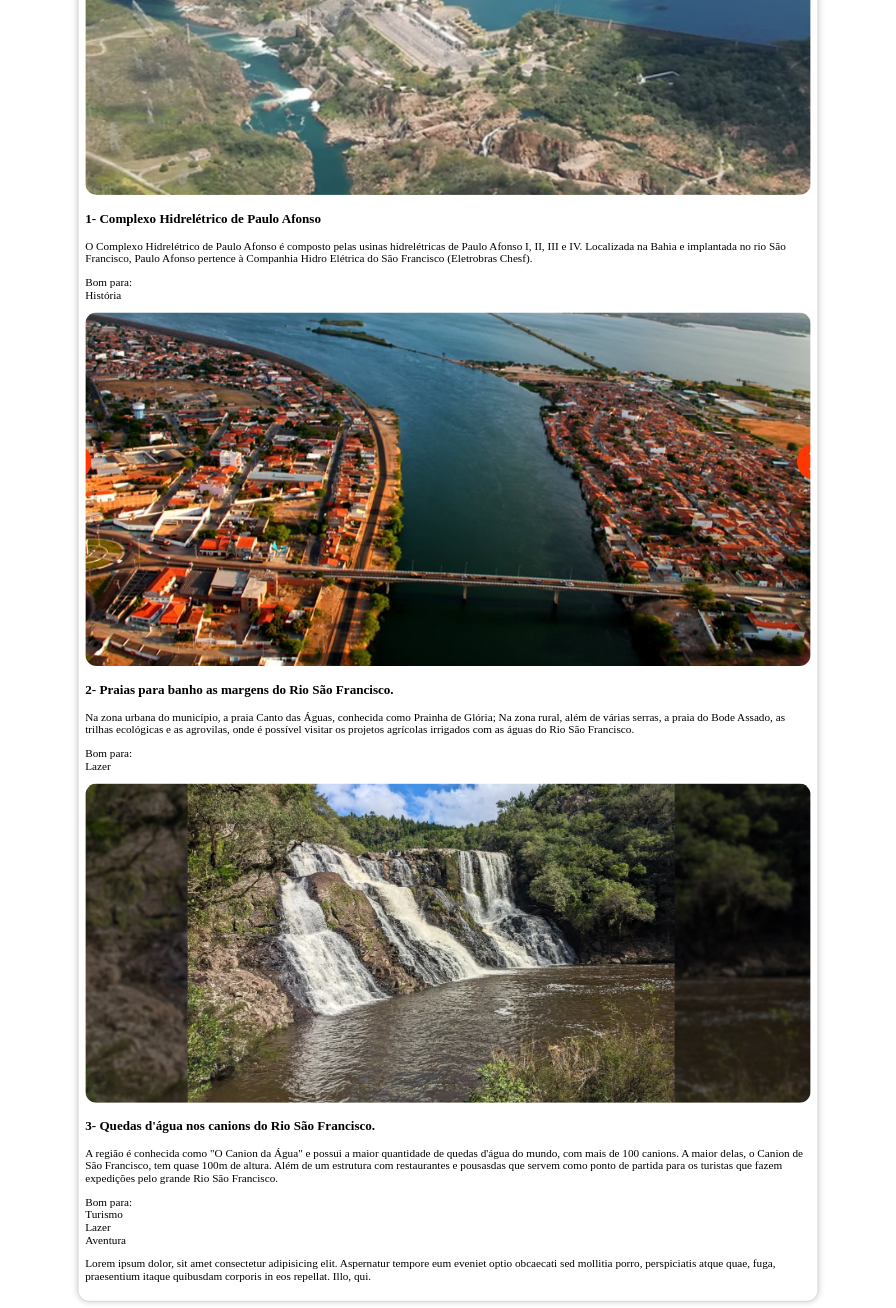
Repository: JeffRodFer/testeGitXGithub
Page: index.html
An editor plug-in stored every save of this project. The page is shown before and after the next save, followed by the edit.
The browser window is 1280 px wide. The pictures show the part of the page from y = 1178 to 3098 px (the page is 3046 px tall before and 3098 px after), at 70% of full size.

Above is the page before, as saved 2025-03-15 21:36:03.

### index.html
<!DOCTYPE html>
<html lang="pt-br">
<head>
    <meta charset="UTF-8">
    <meta name="viewport" content="width=device-width, initial-scale=1.0">
    <title>Local Turístico</title>
    <link rel="stylesheet" href="style.css">

</head>
<body>
    <main class="page">
        <div>
            <p id="pred">Sua próxima viagem</p>
            <h1>Conheça Paulo Afonso</h1>
            <section>
                <img src="assets/main.jpg" alt="visão geral da hidroelêtrica">
                <p>O Complexo Hidrelétrico de Paulo Afonso é um conjunto de usinas, localizado na cidade de Paulo Afonso, formado pelas usinas de Paulo Afonso I, II, III, IV e Apolônio Sales (Moxotó), que produz 4 279,6 megawatts de energia, gerada a partir da força das águas da Cachoeira de Paulo Afonso, um desnível natural de 80 metros do Rio São Francisco. Sendo assim, o Complexo de usinas de Paulo Afonso tem a terceira maior capacidade instalada dentre as usinas do Brasil, perdendo apenas para Belo Monte (11 233 MW) e Tucuruí (8 000 MW), já que Itaipu com 14 000 MW é binacional (Brasil/Paraguai). </p>
            </section>
            <section>
                <p id="pred">História e tecnologia a favor do desenvolvimento</p>
                <h2>Descubra três destinos incríveis em Paulo Afonso</h2>
                <p>
                         A construção do Complexo Hidrelétrico de Paulo Afonso no início da década de 1950 foi um marco para a engenharia brasileira, visto que foi necessário controlar e reverter o fluxo do Rio São Francisco, numa obra de engenharia sem tamanho para aquela época, para então iniciar-se o processo de construção da barragem da primeira usina (Paulo Afonso I), depois inaugurada pelo presidente Café Filho em 15 de janeiro de 1955
                </p>
                <img src="assets/complexohidroele.jpg" alt="hidroelêtrica">
                <h3>1- Complexo Hidrelétrico de Paulo Afonso</h3>
                <p>
                     O Complexo Hidrelétrico de Paulo Afonso é composto pelas usinas hidrelétricas de Paulo Afonso I, II, III e IV. Localizada na Bahia e implantada no rio São Francisco, Paulo Afonso pertence à Companhia Hidro Elétrica do São Francisco (Eletrobras Chesf).
                </p>
                <P>Bom para: <br>
                   História </P>
            </section>
            <section>
                <img src="assets/aerea.jpg" alt="praias para banho as margens do Rio São Francisco">
                <h3>2- Praias para banho as margens do Rio São Francisco.</h3>
                <p>
                    Na zona urbana do município, a praia Canto das Águas, conhecida como Prainha de Glória; Na zona rural, além de várias serras, a praia do Bode Assado, as trilhas ecológicas e as agrovilas, onde é possível visitar os projetos agrícolas irrigados com as águas do Rio São Francisco.
                </p>
                <p>Bom para: <br>
                    Lazer</p>
            </section>
            <section>
                <img src="assets/quedasdagua.jpg" alt="quedas d'agua nos canions do rio são francisco">
                <h3>3- Quedas d'água nos canions do Rio São Francisco.</h3>
                <p>
                    A região é conhecida como "O Canion da Água" e possui a maior quantidade de quedas d'água do mundo, com mais de 100 canions. A maior delas, o Canion de São Francisco, tem quase 100m de altura. Além de um estrutura com restaurantes e pousasdas que servem como ponto de partida para os turistas que fazem expedições pelo grande Rio São Francisco.
                </p>
                <p>Bom para: <br>
                    Turismo <br>
                    Lazer <br>
                    Aventura</p>
            </section>
            <p>Lorem ipsum dolor, sit amet consectetur adipisicing elit. Aspernatur tempore eum eveniet optio obcaecati sed mollitia porro, perspiciatis atque quae, fuga, praesentium itaque quibusdam corporis in eos repellat. Illo, qui.</p>

        </div>
    </main>
</body>
</html>

### style.css
body {
    background-color: white;

}

.page {
    width: 82%;
    margin: 0 auto;
    padding: 10px;
    background-color: white;
    border: 1px solid #ccc;
    border-radius: 16px;
    box-shadow: 0 0 10px #ccc;
}
img
    {
        max-width: 100%;
        height: auto;
        border-radius: 16px;
    }

.p pred
{
    color: red;
}
h1, h2, h3 {
    color: black;
    text-decoration: bold;
}

After the next save:
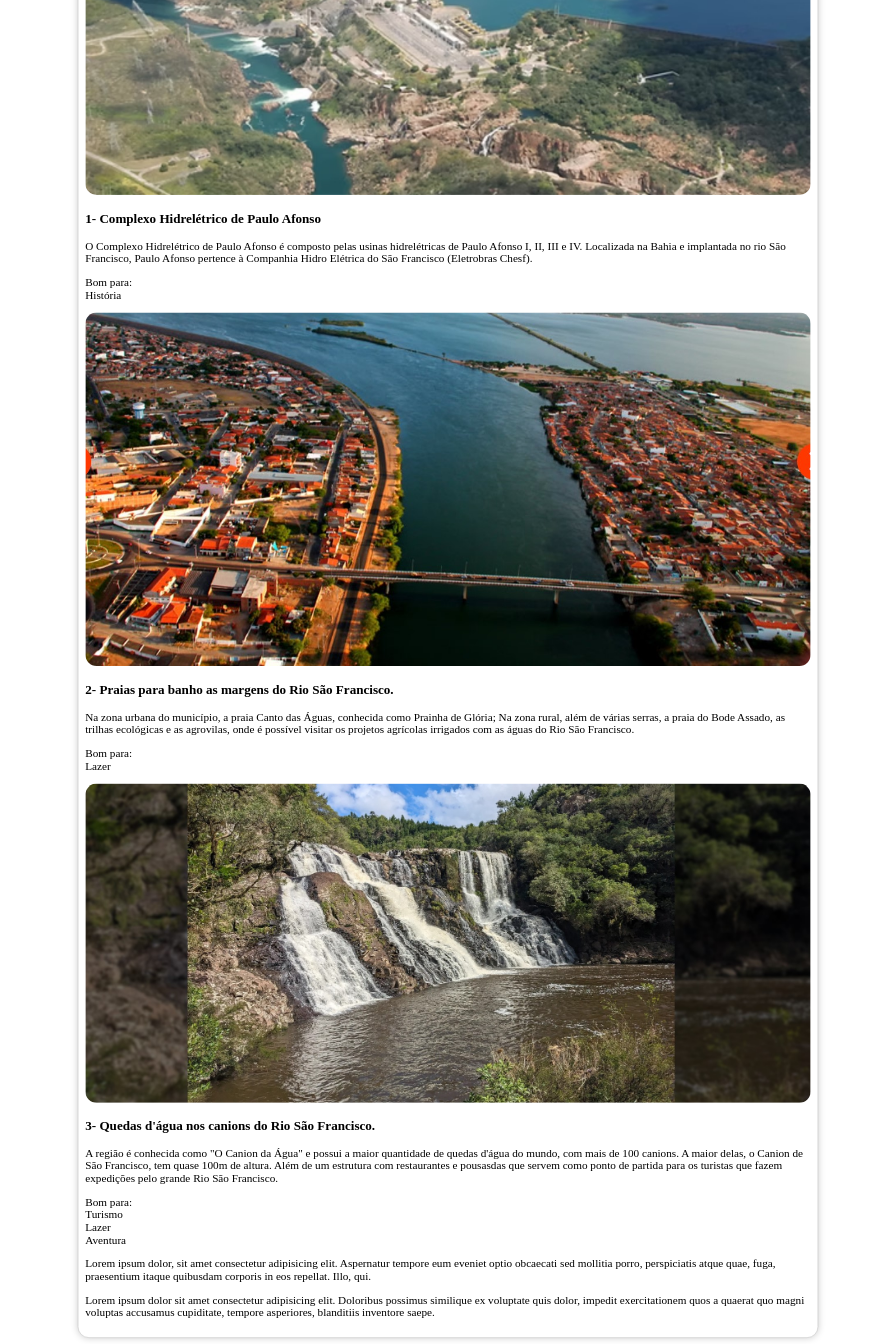
Saved 41 min 38 s later.
--- a/index.html
+++ b/index.html
@@ -51,7 +51,7 @@
                     Aventura</p>
             </section>
             <p>Lorem ipsum dolor, sit amet consectetur adipisicing elit. Aspernatur tempore eum eveniet optio obcaecati sed mollitia porro, perspiciatis atque quae, fuga, praesentium itaque quibusdam corporis in eos repellat. Illo, qui.</p>
-
+            <p>Lorem ipsum dolor sit amet consectetur adipisicing elit. Doloribus possimus similique ex voluptate quis dolor, impedit exercitationem quos a quaerat quo magni voluptas accusamus cupiditate, tempore asperiores, blanditiis inventore saepe.</p>
         </div>
     </main>
 </body>
